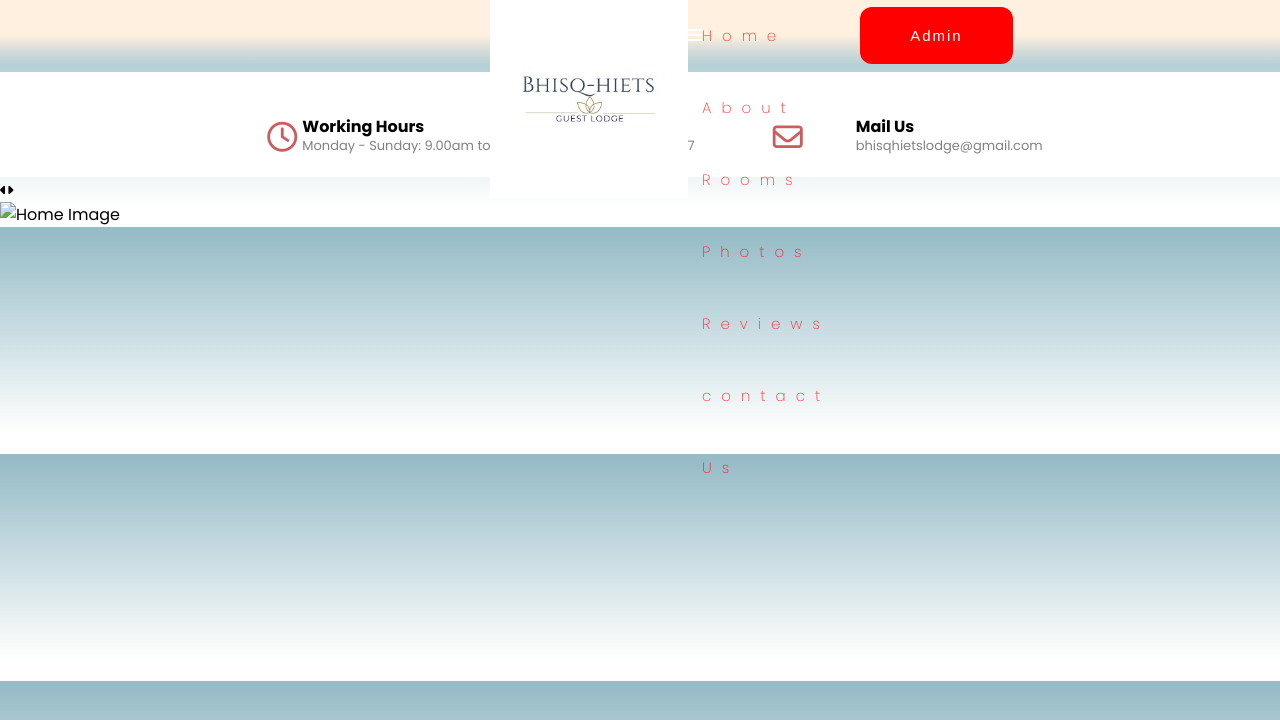
Repository: itadori17/HotelBooking
Page: /home
These files come from the project's save history. The page is drawn as it stood at one moment and after the next save; the edit follows.
The browser window is 1280 px wide. The pictures show the whole page.
Pictures or frames that could not be fetched are drawn as grey boxes. Some web libraries are served in a nearby version. The project was rebuilt for these pictures with package versions that can differ from the ones it lists, and the page was loaded fresh each time. Also part of the build but not shown: src/Components/Pages/firebase.js, src/Components/Pages/Login.js, src/Components/Pages/Register.js.

Above is the page before, as saved 2022-07-12 10:02:08.

After the next save:
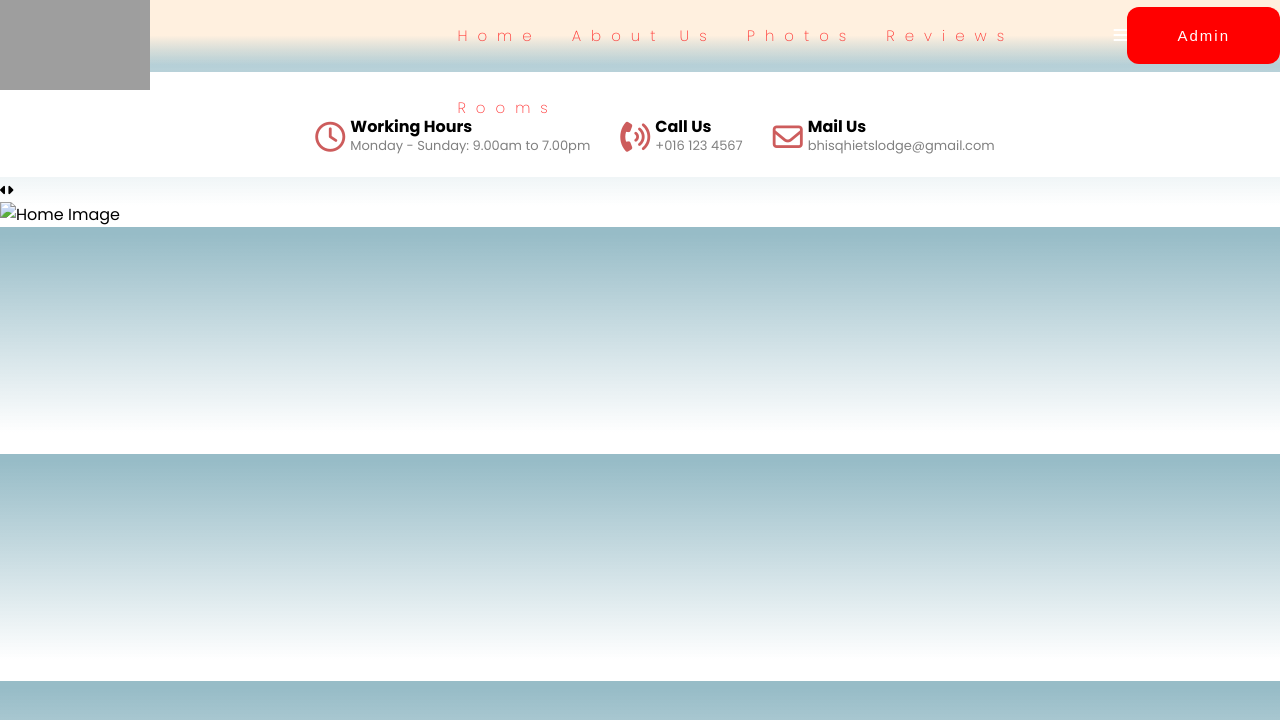
Saved 3 min 50 s later.
--- a/src/Components/HomeSection/Navbar.js
+++ b/src/Components/HomeSection/Navbar.js
@@ -1,49 +1,48 @@
 import React, {useState} from 'react'
 import { Link } from "react-router-dom"
 import "./Navbar.css"
-import Logo from "../images/logo.jfif"
+import Logo from "../HomeSection/Navbar.css"
 
 const Navbar = () => {
-    const [click, setClick] = useState(false)
+    const [ click, setClick ] = useState(false);
 
     const handleClick = () => setClick(!click)
+
     const closeMobileMenu = () => setClick(!click)
+
   return (
     <div>
     <nav className='navbar'>
-        <div className='container flex_space'>
+        <div className='cotainer flex_space'>
+
             <div className='logo'>
-                <img src={Logo} alt=''/>
+                <img src={Logo} alt="" width="150" height="90px" />
             </div>
-            <div className='meni-icon' onClick={handleClick}>
-                <i class={click? "fas fa-times" : "fas fa-bars"}></i>
-            </div>
-            <ul className={click? 'nav-manu active' : 'nav-menu'}>
-                <li><Link to ='/' onClick={closeMobileMenu}>Home</Link></li>
-                    <li><Link to ='/about' onClick={closeMobileMenu}>About</Link></li>
-                    <li><Link to ='/rooms' onClick={closeMobileMenu}>Rooms</Link></li>
-                    <li><Link to ='/photos' onClick={closeMobileMenu}>Photos</Link></li>
-                    <li><Link to ='/reviews' onClick={closeMobileMenu}>Reviews</Link></li>
-                    <li><Link to ='/contact' onClick={closeMobileMenu}>contact Us</Link></li>
 
+        <ul className={click ? 'nav-menu active' : 'nav-menu'} >
 
+            <li><Link to='/' onClick={closeMobileMenu}>Home</Link></li>
+                <li><Link to='/about' onClick={closeMobileMenu}>About Us</Link></li>
+                <li><Link to='/photos' onClick={closeMobileMenu}>Photos</Link></li>
+                <li><Link to='/reviews' onClick={closeMobileMenu}>Reviews</Link></li>
+                <li><Link to='/room' onClick={closeMobileMenu}>Rooms</Link></li>
+                </ul>
+                <div className='meni_icon'  onClick={handleClick}>
+                <i className={click ? 'fa-solid fa-times' : 'fas fa-bars'}></i>
+                </div>
+            <li>
+            <Link to='/admin'>
+                    <button className='primary-btn'>Admin</button>
+                </Link>
+            </li>
 
-
-            </ul>
-            <div className='Login-area flex'>
-                <li>
-                    <Link to='/'>
-                        <button className='primary-btn'>Admin</button>
-                    </Link>
-                </li>
-
-            </div>
 
 
         </div>
     </nav>
+
     <header>
-    <div className='contact flex_space'>
+        <div className='contact flex_space'>
             <div className='box flex_space'>
                 <div className='icons'>
                     <i className='far fa-clock'></i>
@@ -61,11 +60,11 @@ const Navbar = () => {
                     <h4>Call Us</h4>
                     <Link to="/contact">+016 123 4567</Link>
                 </div>
-            </div>&emsp;&emsp;&emsp;
+            </div>
             <div className='box flex_space'>
                 <div className='icons'>
                     <i className='far fa-envelope'></i>
-                </div>&emsp;&emsp;&emsp;
+                </div>
                 <div className='text'>
                     <h4>Mail Us</h4>
                     <Link to="/contact">bhisqhietslodge@gmail.com</Link>
@@ -74,6 +73,7 @@ const Navbar = () => {
 
         </div>
     </header>
+
    </div>
   )
 }
